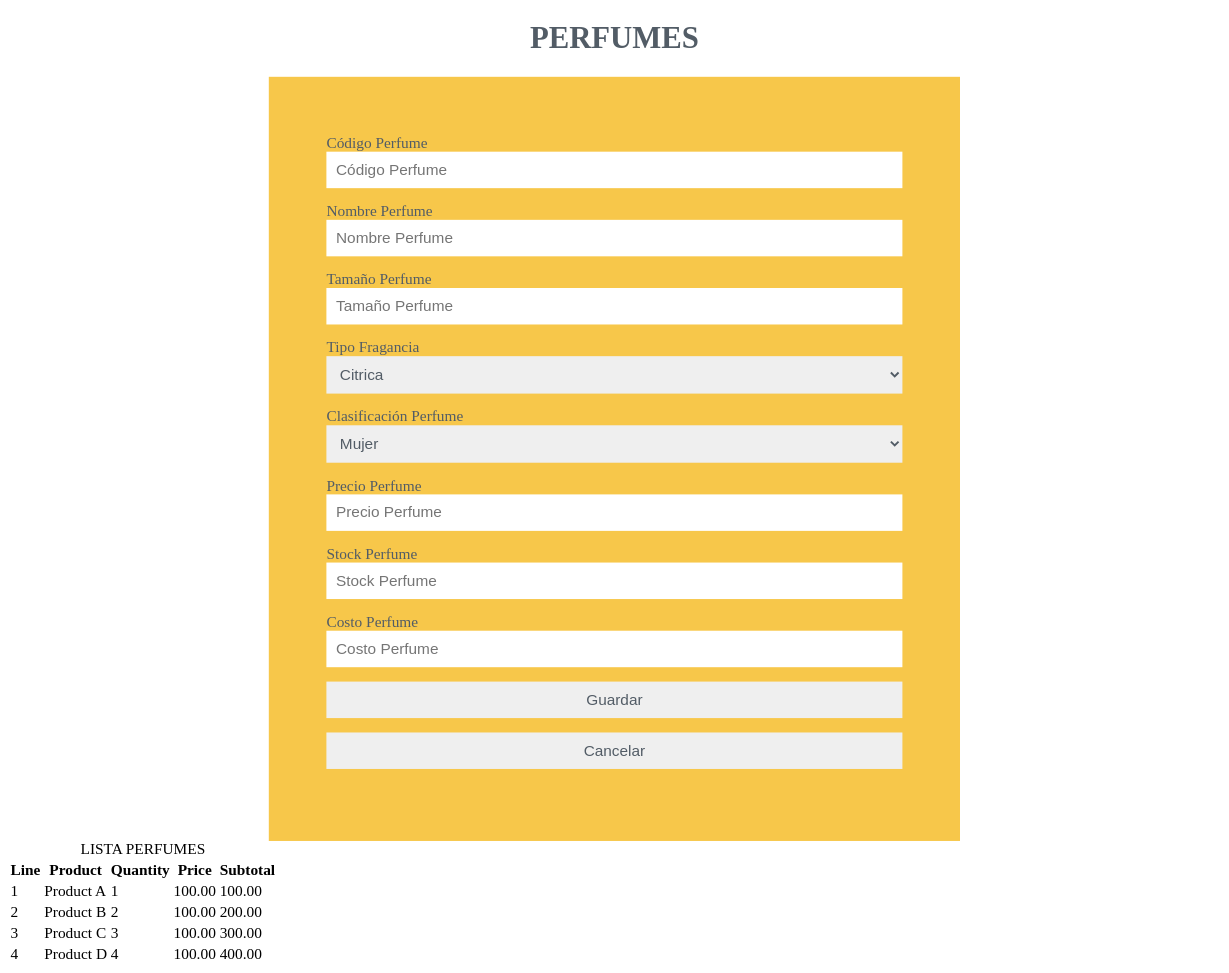
Repository: alejamorenovallejo/arosmile
Page: perfume.html
An editor plug-in stored every save of this project. The page is shown before and after the next save, followed by the edit.
The browser window is 1280 px wide. The pictures show the whole page, at 96% of full size.

Above is the page before, as saved 2021-09-12 02:47:28.
Not found: main.js

After the next save:
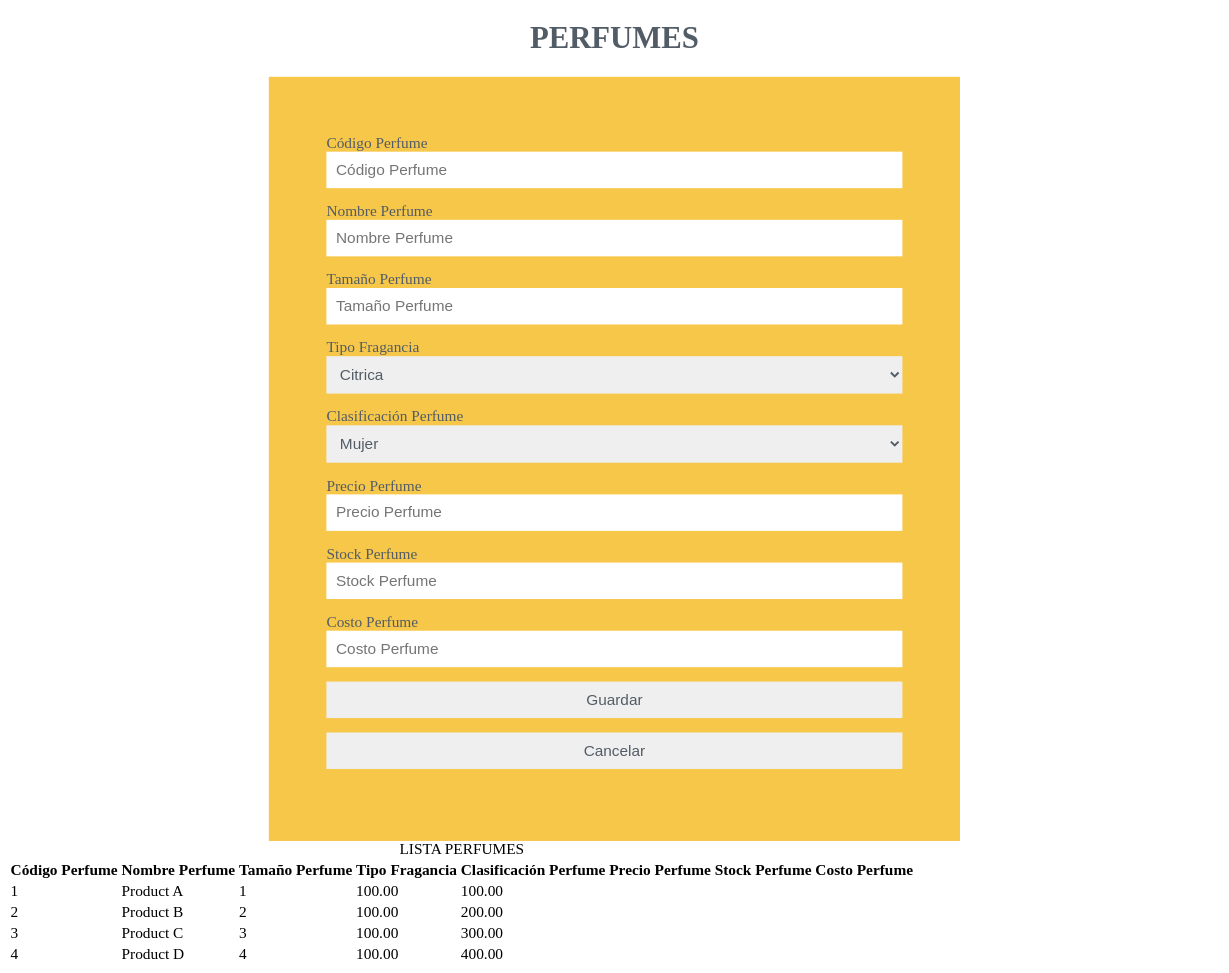
Saved 2 min 2 s later.
--- a/perfume.html
+++ b/perfume.html
@@ -111,11 +111,14 @@
             <caption>LISTA PERFUMES</caption>
             <thead>
                 <tr>
-                    <th>Line</th>
-                    <th>Product</th>
-                    <th>Quantity</th>
-                    <th>Price</th>
-                    <th>Subtotal</th>
+                    <th>Código Perfume</th>
+                    <th>Nombre Perfume</th>
+                    <th>Tamaño Perfume</th>
+                    <th>Tipo Fragancia</th>
+                    <th>Clasificación Perfume</th>
+                    <th>Precio Perfume</th>
+                    <th>Stock Perfume</th>
+                    <th>Costo Perfume</th>
                 </tr>
             </thead>
             <tbody>
